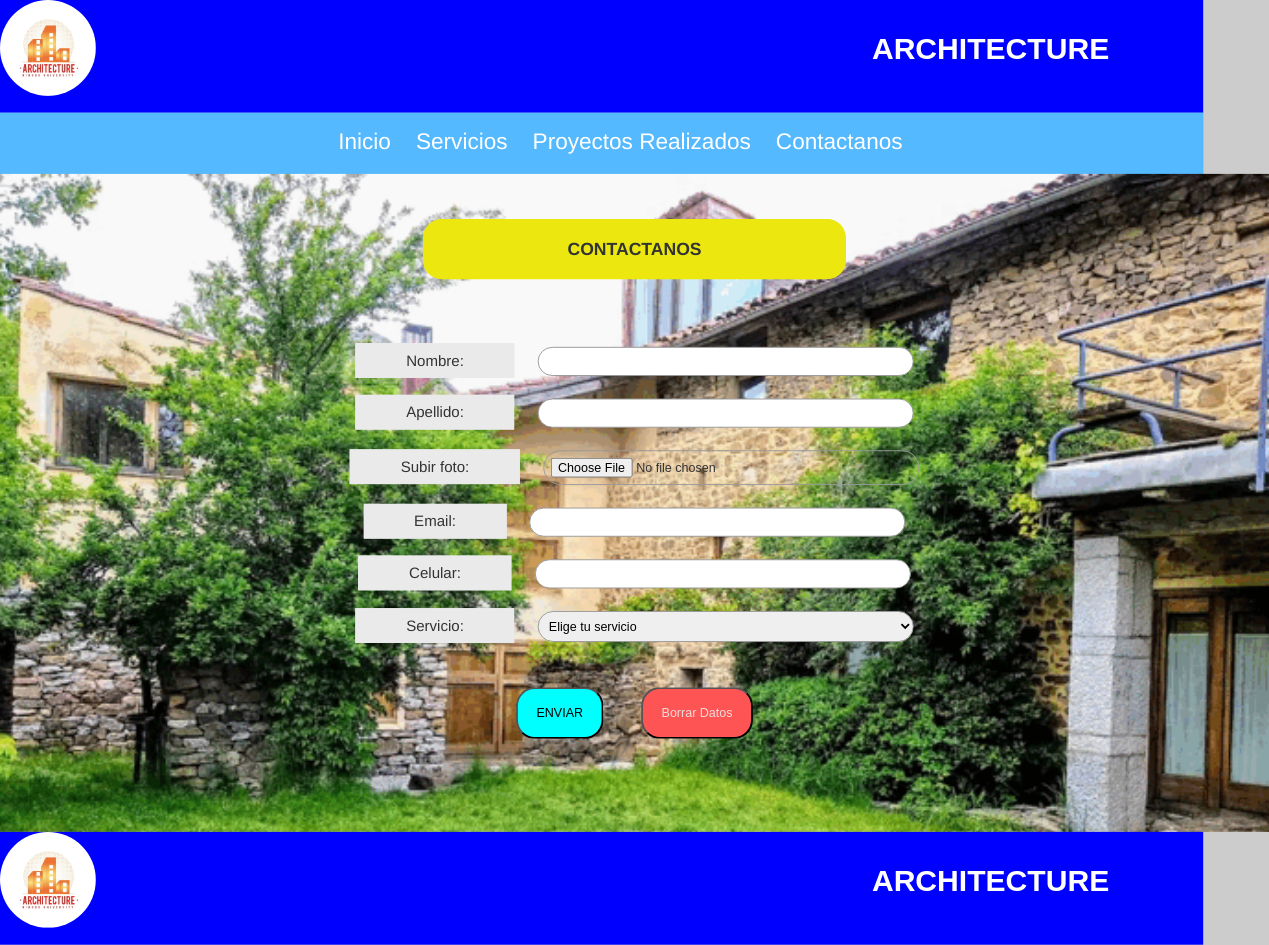
Repository: gabrielestrella18/htdocs
Page: http://localhost/arquitectos/contactos.php
The author's editor kept a copy of each file at every save. The page is drawn from the files as they stood at one save, then again after the next save.
The browser window is 1280 px wide. The page is 1350 px wide, so the pictures cover 1350 px, including what lies to the right of the window. The pictures show the whole page, at 94% of full size.
The page is run by PHP 8.4 with error messages shown; the project is at /var/www/html/.

Above is the page before, as saved 2023-12-10 00:28:43.

### arquitectos/contactos.php
<!DOCTYPE html>
<html lang="en">
  <head>
    <title></title>
    <meta charset="UTF-8">
    <meta name="viewport" content="width=device-width, initial-scale=1">
    <link href="estilo.css" rel="stylesheet">
  </head>
  <body>

<?php

include  "arriba.php"
?>

<?php
include "menu.php"
?>
<div class="contenedor2">
<br><br>
<div class="ser">
<h3 class="serv">CONTACTANOS</h3>
</div>
<br><br><br>


    <div class="form">
        <form  class="centro" action="contactos.php" method="post">
          <label for="" class="cuadrado">Nombre:</label>
          <input type="text" name="Nombre" class="campos" required><br><br>
          <label for="" class="cuadrado">Apellido:</label>
          <input type="text" name="Apellido" class="campos" required><br><br>
          <label for="" class="cuadrado">Subir foto:</label>
          <form action="guardarfotos.php" method="post" enctype="multipart/form-data">
          <input type="file" name="Foto" class="campos"><br><br>
          <label for="" class="cuadrado">Email:</label>
          <input type="email" name="Correo" class="campos" required><br><br>
          <label for="" class="cuadrado">Celular:</label>
          <input type="tel" name="Celular" class="campos" required><br>
          <br><label for="" class="cuadrado">Servicio:</label>
          <select name="Servicio" id="" class="campos" required><br>
            <option value="#" selected>Elige tu servicio</option>
            <option value="Planifica Hogar">Planifica Hogar</option>
            <option value="Construye Hogar">Construye Hogar</option>
            <option value="Remodela Hogar">Remodela Hogar</option>

          </select><br><br><br>
          <button type="submit" id="guardar" class="boton4">ENVIAR</button>
          <button type="reset" id="Eliminar" class="boton3">Borrar Datos</button>
        </form>
      </div>

       </div>

<?php
include "abajo.php"
?>


  </body>
</html>

### arquitectos/arriba.php
<div class="azul">
  <img  class="lg"src="imagenes/arch.jpg" alt="">

  <h1>ARCHITECTURE</h1>
</div>

### arquitectos/menu.php
<div class="menu">
<div class="menuOpciones">
            <a href="index.php">Inicio</a>
            <a href="servicios.php">Servicios</a>
            <a href="proyectos.php">Proyectos Realizados</a>
            <a href="contactos.php">Contactanos</a>
            </div>

</div>

### arquitectos/abajo.php

<div class="azul">
  <img  class="lg"src="imagenes/arch.jpg" alt="">

  <h1>ARCHITECTURE</h1>
</div>

### arquitectos/estilo.css
* {
    box-sizing: border-box;
    margin: 0;
    padding: 0;
}

body {
    font-family: helvetica;
    font-size: 16px;
    line-height: 24px;
    color: #333;
    background-color: #cccccc;
    max-width: 1400px;
}

.azul {
    background-color: blue;
    padding-bottom: 120px;
}

.lg {
    float: left;
    width: 8%;
    height: 8%;
    border-radius: 80px;
}

h1 {
    color: white;
    float: right;
    font-family: sans-serif;
    text-align: end;
    padding-top: 40px;
    padding-right: 100px;
}

.menu {
    border: 1px #54b9ff solid;
    background-color: #54b9ff;
    height: 65px;
}

.menuOpciones {
    padding-top: 12px;
    text-align: center;
    margin-top: 5px;
    padding-left: 40px;
    font-size: x-large;
}

.menuOpciones a {
    text-decoration: none;
    color: white;
    padding: 10px;
}

.menuOpciones a:hover {
    color: #373b39;
    background-color: #0afc83;
    padding-top: 16px;
    padding-bottom: 21px;
}

.contenedor_fondo {
    width: 1350px;
    height: 600px;
    margin: auto;
    background-image: url(imagenes/fondoarq.jpg);
    background-repeat: no-repeat;
    background-size: cover;
}

.textofoto {
    color: rgb(7, 2, 2);
    margin: auto;
    text-align: center;
    line-height: 35px;
    padding-top: 200px;
    font-size: x-large;
}

.video {
    text-align: center;
    background-color: #373b39;
    border-radius: 100px;
    width: 700px;
    margin: auto;
    padding-top: 40px;
    padding-bottom: 40px;
}

.botoncito {
    text-align: center;
}

.boton1 {
    color: #ece80f;
    background-color: #ce1111;
    padding-top: 20px;
    padding-bottom: 20px;
    padding-left: 10px;
    padding-right: 10px;
    border-radius: 20px;
    text-decoration: none;
}

h3 {
    text-align: center;
}

.serv {
    background-color: #ece80f;
    padding-top: 20px;
    padding-bottom: 20px;
    padding-left: 10px;
    padding-right: 10px;
    border-radius: 20px;
}

.ser {
    padding-left: 450px;
    padding-right: 450px;
}

p {
    font-weight: 400px;
    font-size: xx-large;
}

.text {
    text-align: center;
}

.caja1 {
    float: left;
    padding-left: 150px;
    padding-top: 60px;
}

.caja2 {
    float: right
}

.plan {
    width: 70%;
    height: 70%;
}

.rojo {
    color: rgb(255, 0, 0);
    font-weight: 800;
}

.text {
    color: black;
    font-size: large;
}

.caja3 {
    float: right;
    padding-right: 200px;
    padding-top: 120px;
}

.caja4 {
    float: left;
}

.co {
    padding-left: 100px;
    width: 600px;
    height: 320px;
}

.caja5 {
    float: left;
    padding-left: 150px;
    padding-top: 60px;
}

.caja6 {
    float: right;
    padding-right: 200px;
}

.re {
    width: 450px;
    height: 300px;
}

.display {
    display: inline-block;
    width: 1350px;
}

.mira {
    text-align: center;
    display: inline-block;
    width: 700px;
}

.ubica {
    display: inline-block;
    width: 600px;
    text-align: center;
    padding-left: 150px;
}

.ubi {
    width: 600px;
    height: 300px;
}

.boton2 {
    color: #ece80f;
    background-color: #ce1111;
    padding-top: 20px;
    padding-bottom: 20px;
    padding-left: 10px;
    padding-right: 10px;
    border-radius: 20px;
    text-decoration: none;
}

.rapi {
    color: rgb(243, 243, 248);
    font-family: 'Franklin Gothic Medium';
    font-size: large;
    background-color: rgb(68, 67, 66);
    border-radius: 20px;
    padding-top: 10px;
    padding-bottom: 10px;
    display: inline-block;
    padding-left: 10px;
    padding-right: 10px;
}

.cuadrado {
    border: 4px #eaeaea solid;
    background-color: #eaeaea;
    padding: 6px 50px;
}

.campos {
    border-radius: 20px;
    border: 1px #999 solid;
    padding: 7px;
    width: 400px;
    /* para que se separen */
    margin-left: 20px;
}

.boton3 {
    padding: 5px 10px;
    margin-left: 35px;
    color: #f0dbdb;
    background-color: #ff5454;
    border-radius: 20px;
    padding-top: 18px;
    padding-bottom: 18px;
    padding-left: 20px;
    padding-right: 20px;
}

.boton3:hover {
    background-color: #38065a;
    color: white;
}

.boton4 {
    padding: 5px 10px;
    background-color: aqua;
    border-radius: 20px;
    padding-top: 18px;
    padding-bottom: 18px;
    padding-left: 20px;
    padding-right: 20px;
}

.boton4:hover {
    background-color: #aaff0b;
    color: white;
}

.centro {
    text-align: center;
}

.contenedor2 {
    width: 1350px;
    height: 700px;
    margin: auto;
    background-image: url(imagenes/muchos.gif);
    background-repeat: no-repeat;
    background-size: cover;
}

After the next save:
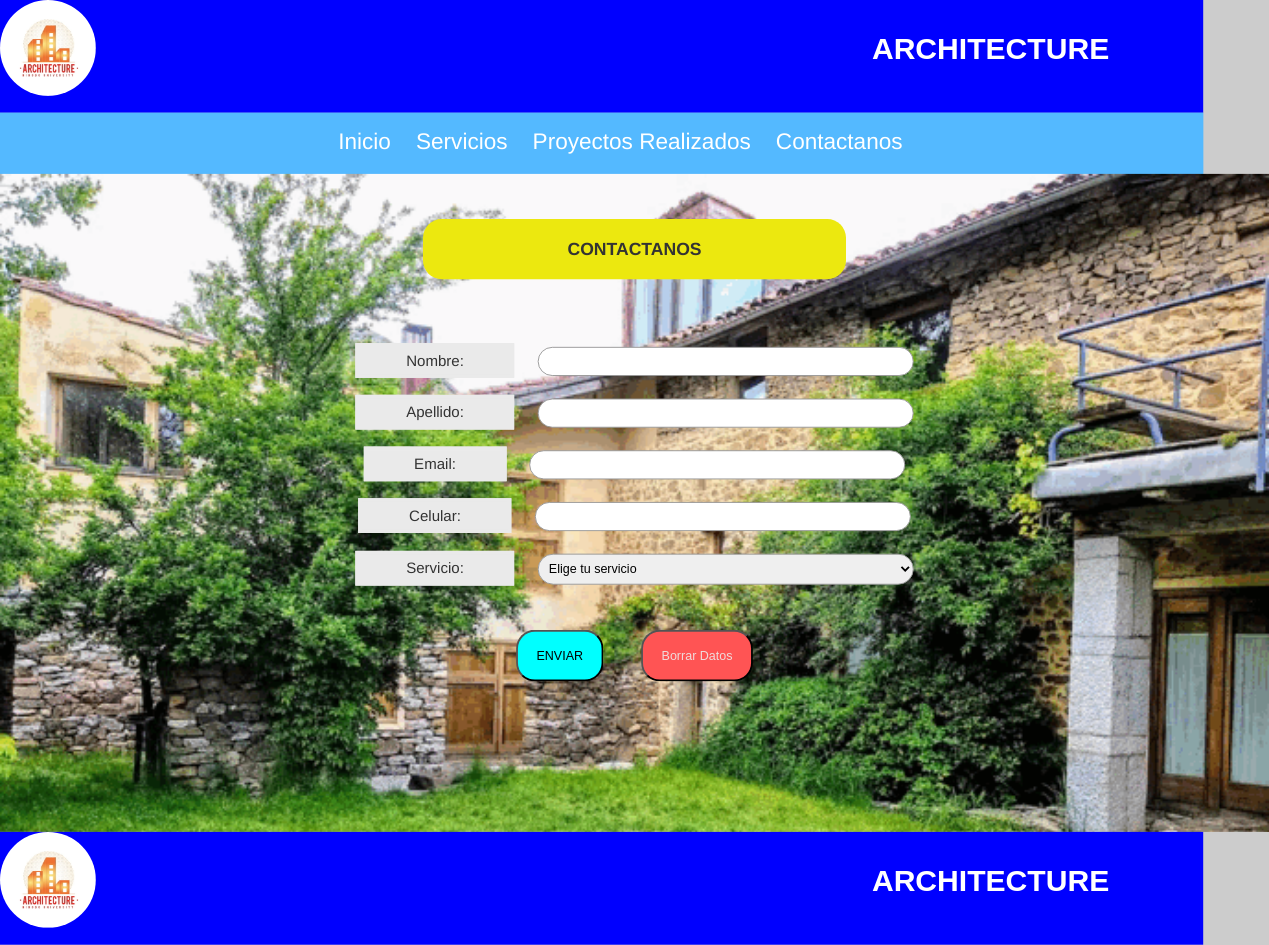
Saved 24 min 38 s later.
--- a/arquitectos/contactos.php
+++ b/arquitectos/contactos.php
@@ -30,9 +30,7 @@ include "menu.php"
           <input type="text" name="Nombre" class="campos" required><br><br>
           <label for="" class="cuadrado">Apellido:</label>
           <input type="text" name="Apellido" class="campos" required><br><br>
-          <label for="" class="cuadrado">Subir foto:</label>
-          <form action="guardarfotos.php" method="post" enctype="multipart/form-data">
-          <input type="file" name="Foto" class="campos"><br><br>
+
           <label for="" class="cuadrado">Email:</label>
           <input type="email" name="Correo" class="campos" required><br><br>
           <label for="" class="cuadrado">Celular:</label>
